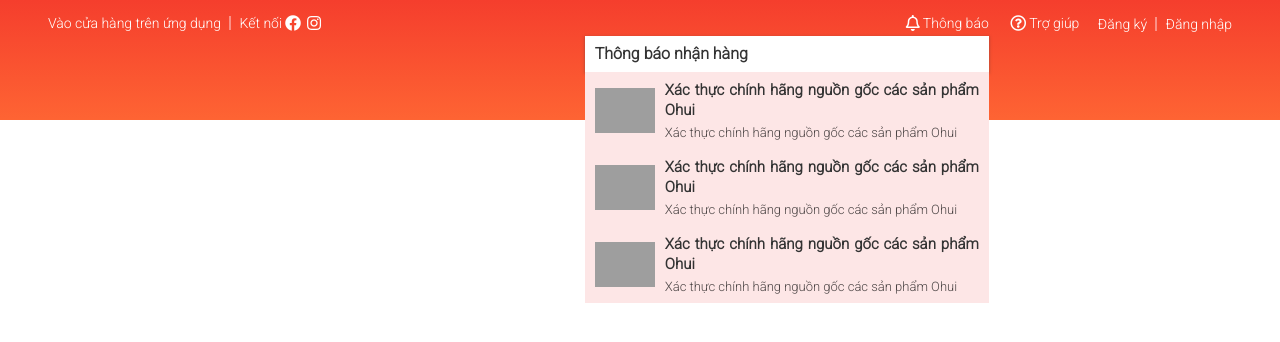
Repository: kebinh1235/Shopee-Demo
Page: index.html
These files come from the project's save history. The page is drawn as it stood at one moment and after a run of saves; the edit follows.
The browser window is 1280 px wide. The pictures show the whole page.
Pictures or frames that could not be fetched are drawn as grey boxes.

Above is the page before, as saved 2021-10-01 00:06:36.

### index.html
<!DOCTYPE html>
<html lang="en">
<head>
  <meta charset="UTF-8">
  <meta http-equiv="X-UA-Compatible" content="IE=edge">
  <meta name="viewport" content="width=device-width, initial-scale=1.0">
  <title>F8 Shop</title>
  <link rel="stylesheet" href="./asset/css/main.css">
  <link rel="stylesheet" href="./asset/css/base.css">
  <link rel="stylesheet" href="https://cdnjs.cloudflare.com/ajax/libs/font-awesome/5.15.4/css/all.min.css">
</head>
<body>
  <div class="app">
    <header class="header">
      <div class="grid">
        <nav class="header__navbar">
          <ul class="header__navbar-list">
            <li class="header__navbar-item header__item-separator">
              Vào cửa hàng trên ứng dụng
              <div class="header__navbar-QRCode">
                  <div class="header__navbar-QRCode-img">
                    <img src="https://upload.wikimedia.org/wikipedia/commons/thumb/d/d0/QR_code_for_mobile_English_Wikipedia.svg/1200px-QR_code_for_mobile_English_Wikipedia.svg.png" alt="">
                  </div>
                  <div class="header__navbar-QRCode-social">
                    <a class="header__navbar-QRCode-link" href="#">
                      <i class="fab fa-google header__navbar-QRCode-icon-google"></i>
                      <span class="header__navbar-QRCode-title-google">Google</span>
                    </a>
                    <a class="header__navbar-QRCode-link" href="#">
                      <i class="fab fa-facebook header__navbar-QRCode-icon-facebook"></i>
                      <span class="header__navbar-QRCode-title-facebook">Facebook</span>
                    </a>
                  </div>
              </div>
            </li>
            <li class="header__navbar-item">
              <span class="user__select-none">Kết nối</span>
              <a class="header__navbar-link-icon" href="#">
                <i class="fab fa-facebook header__navbar-icon"></i>
              </a>
              <a class="header__navbar-link-icon" href="#">
                <i class="fab fa-instagram header__navbar-icon"></i>
              </a>
            </li>
          </ul>
          <ul class="header__navbar-list">
            <li class="header__navbar-item">
              <a href="#" class="header__navbar-link">
                <i class="far fa-bell header__navbar-icon"></i>
                Thông báo
              </a>
              <div class="header__navbar-notification">
                  <div class="header__navbar-noti-heading">
                    <h3>Thông báo nhận hàng</h3>
                  </div>
                  <ul class="header__navbar-noti-list">
                    <li class="header__navbar-noti-list-item">
                        <a class="header__navbar-noti-list-link" href="#">
                          <img src="https://www.oberlo.com/media/1603958036-new-products.jpg" alt="">
                          <div class="header_navbar-noti-content">
                            <p class="header_navbar-noti-name">Xác thực chính hãng nguồn gốc các sản phẩm Ohui</p>
                            <p class="header_navbar-noti-description">Xác thực chính hãng nguồn gốc các sản phẩm Ohui</p>
                          </div>
                        </a>
                     </li>
                     <li class="header__navbar-noti-list-item">
                      <a class="header__navbar-noti-list-link" href="#">
                        <img src="https://www.oberlo.com/media/1603958036-new-products.jpg" alt="">
                        <div class="header_navbar-noti-content">
                          <p class="header_navbar-noti-name">Xác thực chính hãng nguồn gốc các sản phẩm Ohui</p>
                          <p class="header_navbar-noti-description">Xác thực chính hãng nguồn gốc các sản phẩm Ohui</p>
                        </div>
                      </a>
                   </li>
                   <li class="header__navbar-noti-list-item">
                    <a class="header__navbar-noti-list-link" href="#">
                      <img src="https://www.oberlo.com/media/1603958036-new-products.jpg" alt="">
                      <div class="header_navbar-noti-content">
                        <p class="header_navbar-noti-name">Xác thực chính hãng nguồn gốc các sản phẩm Ohui</p>
                        <p class="header_navbar-noti-description">Xác thực chính hãng nguồn gốc các sản phẩm Ohui</p>
                      </div>
                    </a>
                 </li>
                  </ul>
                  <div class="header__navbar-noti-footer">

                  </div>
              </div>
            </li>
            <li class="header__navbar-item">
              <a href="#" class="header__navbar-link">
                <i class="far fa-question-circle header__navbar-icon"></i>
                Trợ giúp
              </a>
            </li>
            <li class="header__navbar-item">
              <a href="#" class="header__navbar-link header__item-bold header__item-separator">Đăng ký</a>
            </li>
            <li class="header__navbar-item">
              <a href="#" class="header__navbar-link header__item-bold">Đăng nhập</a>
            </li>
          </ul>
        </nav>
      </div>
    </header>
  </div>
</body>
</html>

### asset/css/main.css
.header {
  height: 120px;
  background: linear-gradient(0, #fe6433, #f53e2d)
}
.header__navbar {
  display: flex;
  justify-content: space-between;
  padding: 10px 0;
}
.header__navbar-QRCode{
  background: white;
  height: 200px;
  position: absolute;
  top: 30px;
  padding: 10px;
  display: none;
  animation: fadeIn ease-out .8s;
}
.header__navbar-item:hover .header__navbar-QRCode {
  display: block;
}
.header__navbar-QRCode-img{
  width: 160px;
}
.header__navbar-QRCode-img img {
  width: 100%;
}
.header__navbar-QRCode-social {
  display: flex;
  align-items: center;
  justify-content: space-between;
}
.header__navbar-QRCode-social:before {
  content: '';
  position: absolute;
  top: -8px;
  left: 0;
  width: 100%;
  height: 10px;
  background: transparent;
}
.header__navbar-QRCode-link {
  font-size: 1.4rem;
  color: var(--text-color);
}
.header__navbar-QRCode-title-google:hover {
  color: #ff1100;
  transition: var(--transition-primary);
}
.header__navbar-QRCode-title-facebook:hover {
  color: blue;
  transition: var(--transition-primary);
}
.header__navbar-QRCode-icon-google {
  color: #ff1100;
}
.header__navbar-QRCode-icon-facebook {
  color: blue;
}
.header__navbar-list {
  list-style: none;
}
.header__navbar-item {
  margin: 0 8px;
  position: relative;
  min-height: 26px;
}
.header__item-separator::after {
  content: '';
  position: absolute;
  right: -10px;
  top: 50%;
  transform: translateY(-50%);
  height: 12px;
  border: 1px solid #FB9086;
}
.header__navbar-item,
.header__navbar-link {
  display: inline-block;
  font-size: 1.4rem;
  color: var(--white-color);
  text-decoration: none;
  font-weight: 300;
}
.header__navbar-item:hover,
.header__navbar-link:hover,
.header__navbar-link-icon:hover {
  cursor: pointer;
  color: rgba(255, 255, 255, 0.7);
}
.header__navbar-item,
.header__navbar-link,
.header__navbar-link-icon {
  display: inline-flex;
  align-items: center;
}
.header__navbar-link-icon {
  color: var(--white-color);
}
.header__navbar-icon {
  font-size: 1.6rem;
  margin: 0 3px;
}
.header__item-bold {
  font-weight: 500;
}
.user__select-none {
  cursor: text;
  color: var(--white-color);
}
.header__navbar-notification{
  position: absolute;
  top: 100%;
  right: 0;
  width: 404px;
  background: var(--white-color);
}
.header__navbar-noti-heading{
  padding: 10px;
  box-shadow: rgba(60, 64, 67, 0.3) 0px 1px 2px 0px, rgba(60, 64, 67, 0.15) 0px 1px 3px 1px;
}
.header__navbar-noti-heading h3 {
  font-size: 1.6rem;
  color: var(--text-color);
}
.header__navbar-noti-list{
  list-style: none;
}
.header__navbar-noti-list-item{
  padding: 8px 10px;
  background: #fde6e6;
}
.header__navbar-noti-list-item:hover{
  background: #f3c8c8;
  transition: var(--transition-primary);
}
.header__navbar-noti-list-link{
  display: inline-flex;
  align-items: center;
}
.header__navbar-noti-list-link img{
  width: 60px;
  object-fit: contain;
}
.header_navbar-noti-content{
  padding-left: 10px;
}
.header_navbar-noti-name{
  font-size: 1.5rem;
  font-weight: bold;
  color: var(--text-color);
  margin-bottom: 5px;
  line-height: 2rem;
  text-align: justify;
}
.header_navbar-noti-description{
  font-size: 1.3rem;
  color: var(--text-color-rgb-black);
}
.header__navbar-noti-footer{

}

### asset/css/base.css
@import url('https://fonts.googleapis.com/css2?family=Roboto:wght@300&display=swap');
:root {
  --white-color: #fff;
  --black-color: #000;
  --text-color: #333;
  --text-color-rgb-black: rgba(0, 0, 0, 0.7);
  --transition-primary: all .2s linear;
}

* {
  margin: 0;
  padding: 0;
  box-sizing: inherit;
  text-decoration: none;
}

html {
  font-size: 62.5%;
  line-height: 1.6rem;
  border: none;
  outline: none;
  overflow: hidden;
  box-sizing: border-box;
  font-family: 'Roboto', sans-serif;
}

.grid {
  width: 1200px;
  max-width: 100%;
  margin: 0 auto;
}

.grid__full-width {
  width: 100%;
}

.grid__row {
  display: flex;
  flex-wrap: wrap;
}

/*Animation*/
@keyframes fadeIn {
  0% {
    opacity: 0;
  }
  100% {
    opacity: 1;
  }
}

After the next 2 saves:
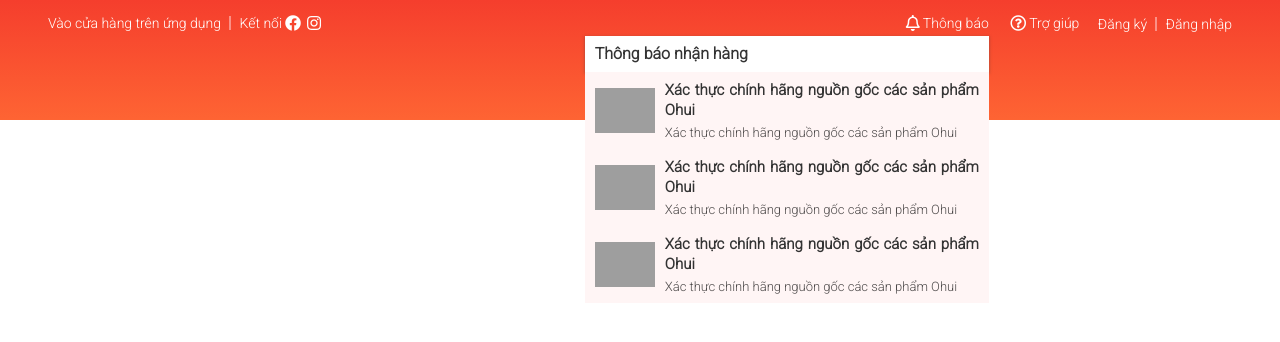
The 2 saves are shown as one change because they came seconds apart.
The last was saved 2 min 52 s later.
--- a/asset/css/main.css
+++ b/asset/css/main.css
@@ -128,7 +128,7 @@
 }
 .header__navbar-noti-list-item{
   padding: 8px 10px;
-  background: #fde6e6;
+  background: #fff5f5;
 }
 .header__navbar-noti-list-item:hover{
   background: #f3c8c8;
